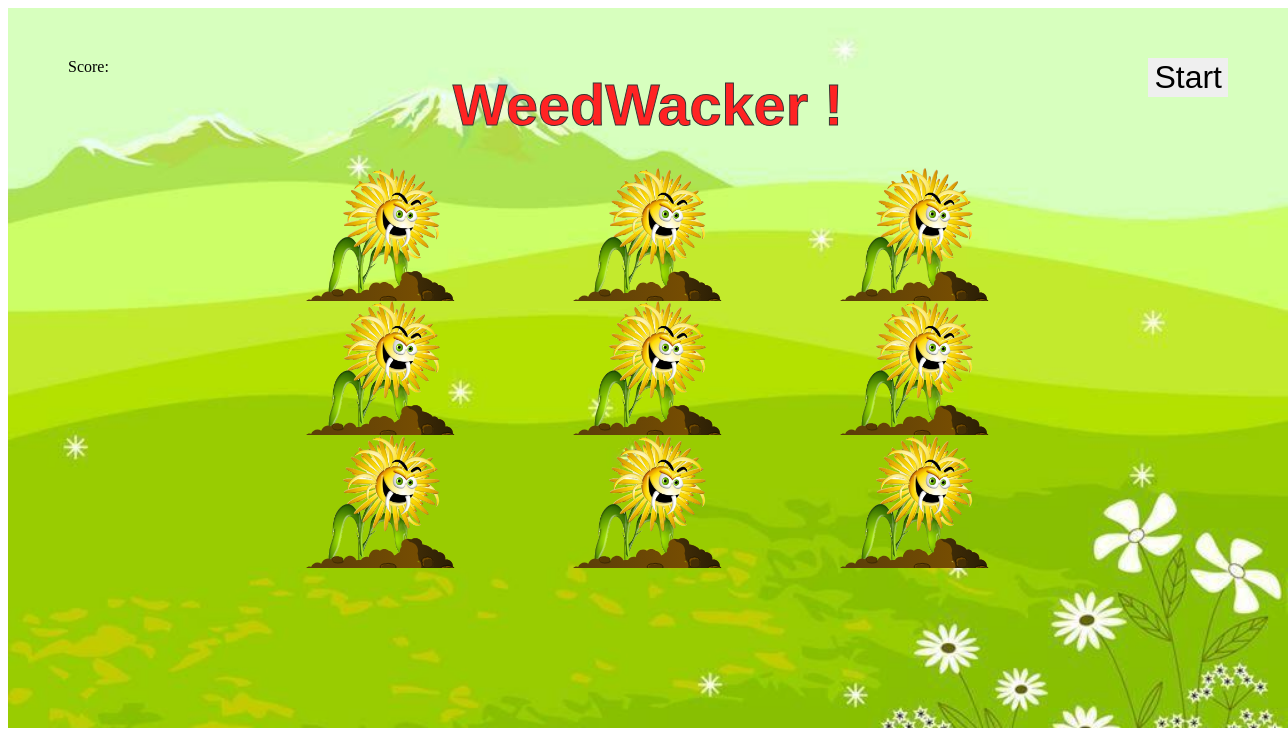
Repository: AustinW24/weedwacker
Page: index.html
The author's editor kept a copy of each file at every save. The page is drawn from the files as they stood at one save, then again after the next save.
The browser window is 1280 px wide. The page is 1288 px wide, so the pictures cover 1288 px, including what lies to the right of the window. The pictures show the whole page.
Some web fonts or font styles are not loaded; a fallback is used.

Above is the page before, as saved 2022-02-09 10:31:33.

After the next save:
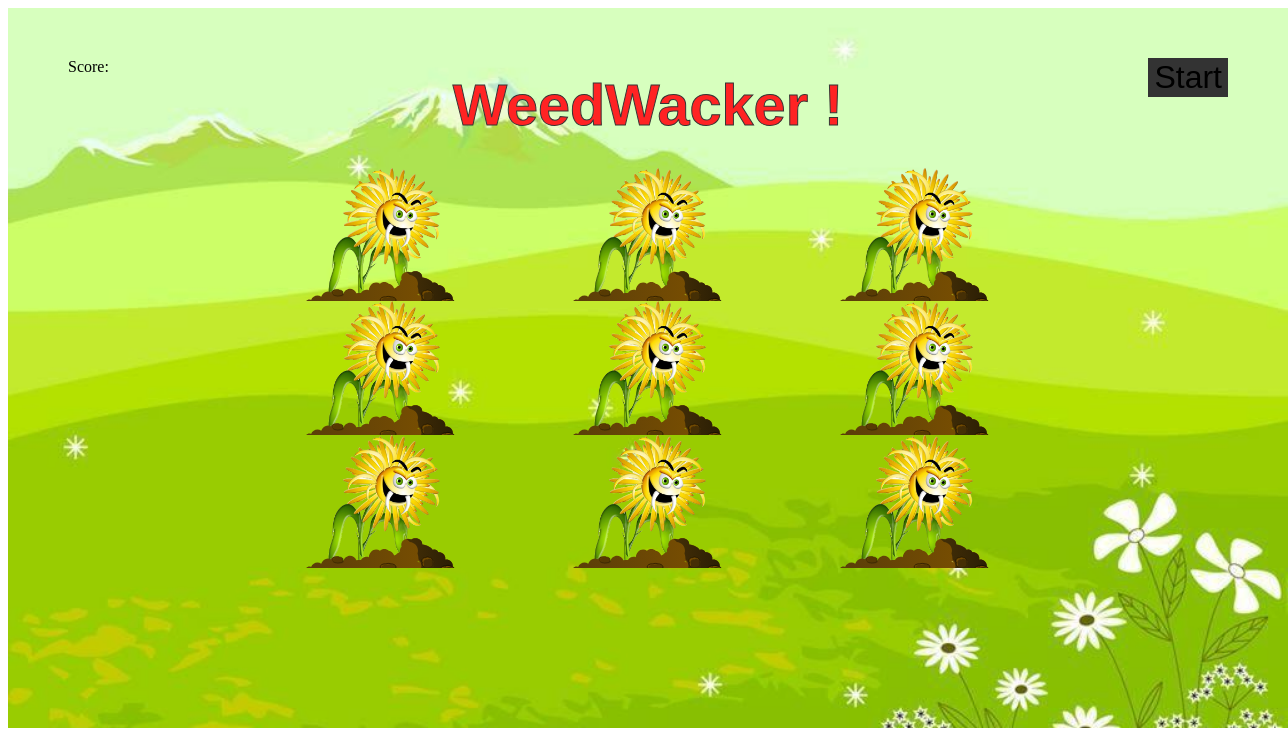
Saved 5 s later.
--- a/style.css
+++ b/style.css
@@ -76,7 +76,7 @@ button {
     font-size: 2rem;
     cursor: pointer;
     border: none;
-    background:
+    background: #333;
 }
 
 .heading {
